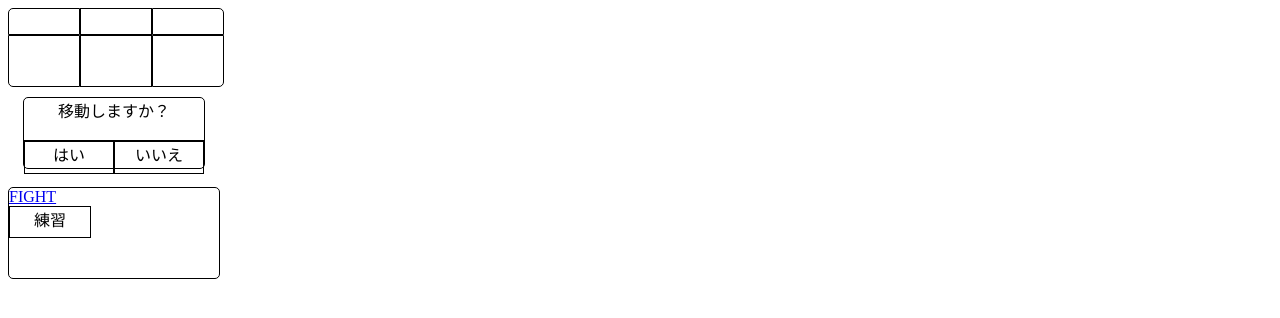
Repository: kousuke-2047/test
Page: http://localhost/Oldmove/
The author's editor kept a copy of each file at every save. The page is drawn from the files as they stood at one save, then again after the next save.
The browser window is 1280 px wide. The pictures show the whole page.
After loading, the first visible `div.button` was clicked once.
The page is served by Tomcat 9.

Above is the page before, as saved 2018-06-22 05:45:22.

After the next save:
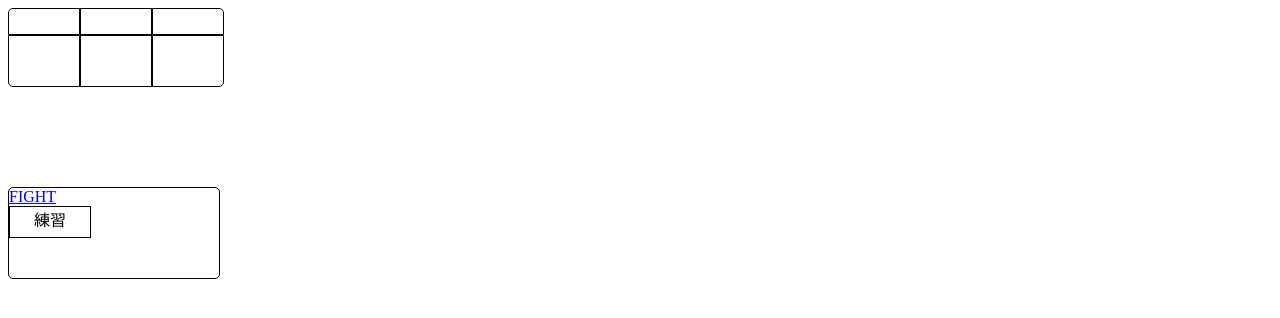
Saved 4 min 32 s later.
--- a/Oldmove/WebContent/js/script.js
+++ b/Oldmove/WebContent/js/script.js
@@ -1,3 +1,10 @@
+$(document).ready(function(){
+	$(".messagebox").hide();
+});
+
+
+
+
 
 $(function(){
 	setTimeout(function(){
@@ -68,12 +75,12 @@
 $(function(){
 	$(".button").hover(
 			function(){
-				$(".button").css("background-color","lightgray");
-				$(".button").css("color","red");
+				$(this).css("background-color","lightgray");
+				$(this).css("color","red");
 			},
 			function(){
-				$(".button").css("background-color","white");
-				$(".button").css("color","black");
+				$(this).css("background-color","white");
+				$(this).css("color","black");
 			});
 });
 $(function(){
@@ -91,7 +98,7 @@
 				$(this).css("color","red");
 			},
 			function(){
-				$(".selectbutton").css("background-color","white");
-				$(".selectbutton").css("color","black");
+				$(this).css("background-color","white");
+				$(this).css("color","black");
 			});
 });

After the save that followed:
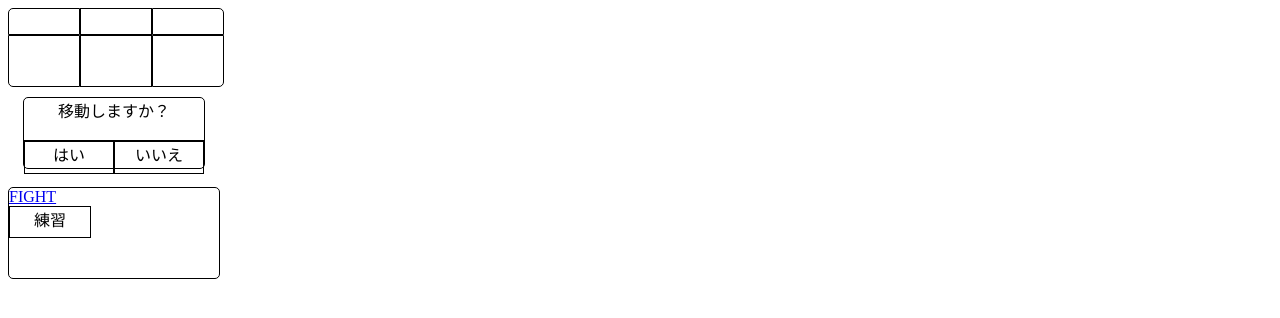
Saved 3 min 2 s later.
--- a/Oldmove/WebContent/js/script.js
+++ b/Oldmove/WebContent/js/script.js
@@ -88,6 +88,7 @@
 		$(".messagebox").css("border-color","black");
 		$(".messagebox").css("color","black");
 		$(".selectbutton").css("border-color","black");
+		$(".messagebox").fadeIn(0);
 	});
 });
 
